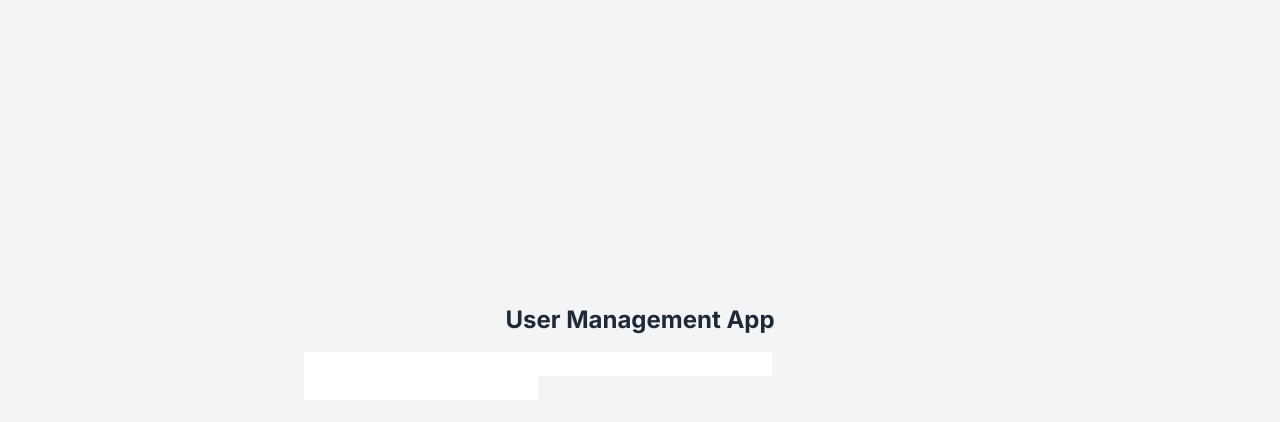
Repository: satoshi-create/next-express
Page: / (app in frontend/)
An editor plug-in stored every save of this project. The page is shown before and after a run of saves, followed by the edit.
The browser window is 1280 px wide. The pictures show the whole page.
The page's requests for data from a server got no answer. The project was rebuilt for these pictures with package versions that can differ from the ones it lists, and the page was loaded fresh each time. The framework's server and built-in components were replaced by stand-ins that run in the browser. No one was signed in, and anything a server would have sent is missing. Also part of the build but not shown: frontend/next.config.js, frontend/next.config.mjs, frontend/app/ui/CardComponent.tsx.

Above is the page before, as saved 2024-02-12 23:18:02.

After the next 3 saves:
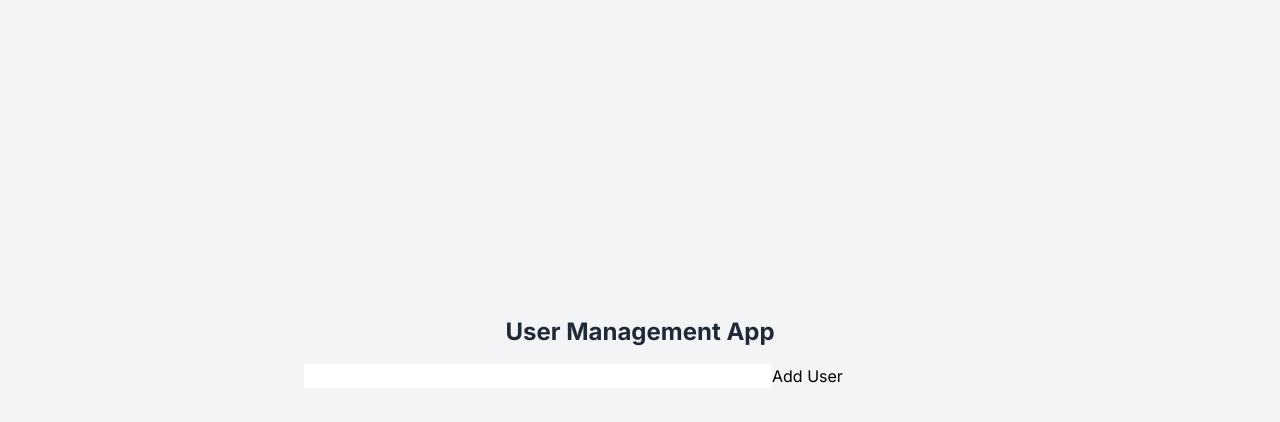
The 3 saves are shown as one change because they came seconds apart.
The last was saved 12 s later.
--- a/frontend/app/page.tsx
+++ b/frontend/app/page.tsx
@@ -83,7 +83,9 @@ const Page = () => {
         <form action="">
           <input  />
           <input  />
-          <input  />
+          <button>
+            Add User
+          </button>
         </form>
         {/* Display users */}
         <div className="space-y-2">
